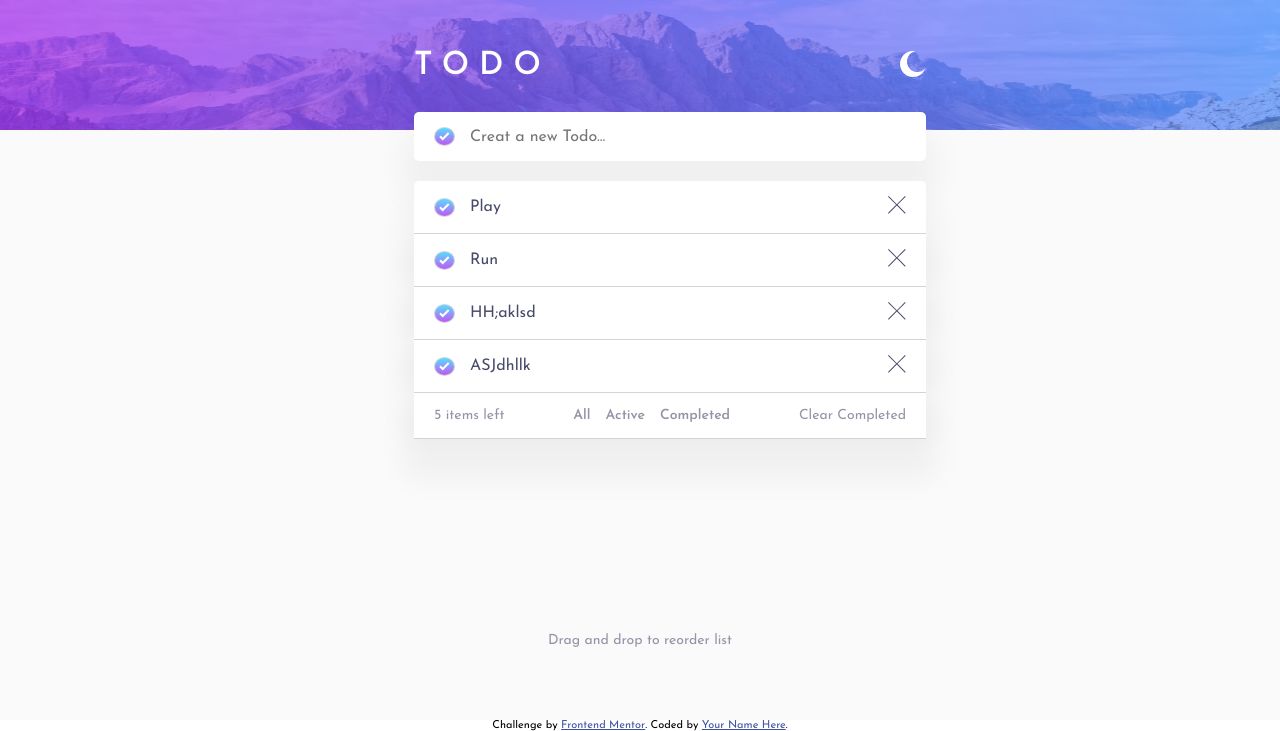
Repository: Baraajad231/Todo-app
Page: /
The author's editor kept a copy of each file at every save. The page is drawn from the files as they stood at one save, then again after the next save.
The browser window is 1280 px wide. The pictures show the whole page.
The project was rebuilt for these pictures with package versions that can differ from the ones it lists, and the page was loaded fresh each time. Also part of the build but not shown: vite.config.js.

Above is the page before, as saved 2025-12-30 17:11:34.

### index.html
<!DOCTYPE html>
<html lang="en" data-theme="light">
  <head>
    <meta charset="UTF-8" />
    <meta name="viewport" content="width=device-width, initial-scale=1.0" />
    <!-- displays site properly based on user's device -->

    <link
      rel="icon"
      type="image/png"
      sizes="32x32"
      href="./images/favicon-32x32.png"
    />

    <title>Frontend Mentor | Todo app</title>

    <!-- Feel free to remove these styles or customise in your own stylesheet 👍 -->
    <style>
      .attribution {
        font-size: 11px;
        text-align: center;
      }
      .attribution a {
        color: hsl(228, 45%, 44%);
      }
    </style>

    <link rel="preconnect" href="https://fonts.googleapis.com" />
    <link rel="preconnect" href="https://fonts.gstatic.com" crossorigin />
    <link
      href="https://fonts.googleapis.com/css2?family=Josefin+Sans:ital,wght@0,100..700;1,100..700&display=swap"
      rel="stylesheet"
    />

    <link rel="stylesheet" href="./styles/style.scss" />
  </head>
  <body>
    <div class="container">
      <picture class="background-Wrapper">
        <source
          media="(min-width:465px)"
          srcset="images/bg-desktop-light.jpg"
        />
        <img
          src="images/bg-mobile-light.jpg"
          alt="bg-mobile-light"
          class="background background-light"
        />
      </picture>

      <div class="todo">
        <div class="todo__header">
          <h1 class="todo__title">TODO</h1>
          <button class="todo__theme button">
            <img src="images/icon-moon.svg" alt="moon icon" />
          </button>
        </div>
        <ul class="todo__list">
          <li class="todo__list__row todo__list__row-input">
            <button class="checkbox button">
              <img
                src="./images/icon-check.svg"
                alt="check"
                class="checkbox__icon"
              />
            </button>
            <input
              type="text"
              placeholder="Creat a new Todo..."
              class="todo__list__input"
            />
          </li>

          <li class="todo__list__row">
            <button class="checkbox button">
              <img
                src="./images/icon-check.svg"
                alt="check"
                class="checkbox__icon"
              />
            </button>
            <span class="todo__list__task">Play</span>
            <button class="remove-btn button">
              <img src="./images/icon-cross.svg" alt="" class="remove-icon" />
            </button>
          </li>
          <li class="todo__list__row">
            <button class="checkbox button">
              <img
                src="./images/icon-check.svg"
                alt="check"
                class="checkbox__icon"
              />
            </button>
            <span class="todo__list__task">Run</span>
            <button class="remove-btn button">
              <img src="./images/icon-cross.svg" alt="" class="remove-icon" />
            </button>
          </li>
          <li class="todo__list__row">
            <button class="checkbox button">
              <img
                src="./images/icon-check.svg"
                alt="check"
                class="checkbox__icon"
              />
            </button>
            <span class="todo__list__task">HH;aklsd</span>
            <button class="remove-btn button">
              <img src="./images/icon-cross.svg" alt="" class="remove-icon" />
            </button>
          </li>
          <li class="todo__list__row">
            <button class="checkbox button">
              <img
                src="./images/icon-check.svg"
                alt="check"
                class="checkbox__icon"
              />
            </button>
            <span class="todo__list__task">ASJdhllk</span>
            <button class="remove-btn button">
              <img src="./images/icon-cross.svg" alt="" class="remove-icon" />
            </button>
          </li>
          <!-- For mobile -->
          <!-- <li class="todo__list__row todo__list__row--meta">
            <div class="todo__items-left">
              <span class="todo__items-count">5</span>
              <span class="todo__items-text">items left</span>
            </div>

            <button class="todo__list-clear button">Clear Completed</button>
          </li>

          <li class="todo__list__row todo__list__row--filter">
            <button class="todo__list-all button button-filter">All</button>
            <button class="todo__list-active button button-filter">
              Active
            </button>
            <button class="todo__list-completed button button-filter">
              Completed
            </button>
          </li> -->

          <!-- for desktop -->
          <li class="todo__list__row todo__list__row--control">
            <div class="todo__items-left">
              <span class="todo__items-count">5</span>
              <span class="todo__items-text">items left</span>
            </div>

            <div class="todo__list--filter">
              <button class="todo__list-all button button-filter">All</button>
              <button class="todo__list-active button button-filter">
                Active
              </button>
              <button class="todo__list-completed button button-filter">
                Completed
              </button>
            </div>

            <button class="todo__list-clear button">Clear Completed</button>
          </li>
        </ul>
      </div>
    </div>
    <p class="note">Drag and drop to reorder list</p>

    <div class="attribution">
      Challenge by
      <a href="https://www.frontendmentor.io?ref=challenge" target="_blank"
        >Frontend Mentor</a
      >. Coded by <a href="#">Your Name Here</a>.
    </div>
  </body>
</html>

### styles/style.scss
/*variables*/
:root {
  /* ===== Brand / Primary ===== */
  --color-primary: hsl(220, 98%, 61%);

  --gradient-check: linear-gradient(hsl(192, 100%, 67%), hsl(280, 87%, 65%));

  /* ===== Typography ===== */
  --font-family-base: "Josefin Sans", sans-serif;
  --font-size-base: 16px;
  --font-weight-regular: 400;
  --font-weight-bold: 700;
}

:root[data-theme="light"] {
  --color-bg: hsl(0, 0%, 98%);
  --color-surface: #ffffff;

  --color-text-primary: hsl(235, 19%, 35%);
  --color-text-secondary: hsl(236, 9%, 61%);

  --color-border: hsl(233, 11%, 84%);
  --color-completed: hsl(234, 39%, 85%);
}

:root[data-theme="dark"] {
  --color-bg: hsl(235, 21%, 11%);
  --color-surface: hsl(235, 24%, 19%);

  --color-text-primary: hsl(234, 39%, 85%);
  --color-text-secondary: hsl(236, 9%, 61%);

  --color-border: hsl(237, 14%, 26%);
  --color-muted: hsl(233, 14%, 35%);
}

/* Reset */
* {
  margin: 0;
  padding: 0;
  font: inherit;
}

*,
*::after,
*::before {
  box-sizing: border-box;
}

a {
  color: inherit;
  display: inline-block;
}

button,
[type="submit"] {
  background-color: transparent;
  border: none;
  cursor: pointer;
}

ul,
ol {
  list-style: none;
}

html {
  font-size: 62.5%;
}

body {
  font-size: 1.6rem;
  font-family: var(--font-family-base);
  color: var(--color-text-primar);
}
/* End Reset */

/*container*/
.container {
  position: relative;
  height: 100vh;
  background-color: var(--color-bg);
}
.background {
  width: 100vw;
  @media (min-width: 1025px) {
    height: 30%;
  }
  @media (min-width: 768px) {
    height: 18%;
  }
}

.todo {
  display: flex;
  flex-direction: column;
  gap: 3rem;
  position: absolute;
  top: 0;
  width: calc(100% - 6rem);
  margin: 5rem 3rem;

  @media (min-width: 768px) {
    width: 70%;
    left: 50%;
    transform: translateX(-50%);
  }

  @media (min-width: 950px) {
    width: 40%;
    left: 50%;
    transform: translateX(-50%);
  }

  &__header {
    display: flex;
    justify-content: space-between;
    .todo__title {
      font-size: 2.4rem;
      color: white;
      letter-spacing: 1rem;
      font-weight: 600;

      @media (min-width: 950px) {
        font-size: 3.2rem;
      }
    }
  }

  &__list {
    font-size: 1.2rem;

    @media (min-width: 950px) {
      font-size: 1.6rem;
    }

    &__row {
      background-color: var(--color-surface);
      padding: 1.5rem 2rem;
      display: flex;
      align-items: center;
      color: var(--color-text-primary);
      box-shadow: 0 3rem 3rem 1rem rgba(0, 0, 0, 0.045);
      &--completed {
        text-decoration: line-through;
        color: var(--color-completed);
      }
      &:nth-child(2) {
        border-radius: 0.5rem 0.5rem 0 0;
      }

      & .checkbox {
        border: 1px solid var(--color-border);
        border-radius: 50%;
        background: var(--gradient-check);
        margin-right: 1rem;
        display: flex;
        align-items: center;
        justify-content: center;
        @media (min-width: 950px) {
          margin-right: 1.5rem;
        }

        &__icon {
          padding: 0.4rem;
        }
      }

      & .todo__list__task {
        margin-right: auto;
      }
      &-input {
        margin-bottom: 1.5rem;

        @media (min-width: 950px) {
          margin-bottom: 2rem;
        }
        & .todo__list__input {
          border: none;
          background-color: transparent;

          &:focus {
            outline: none;
            caret-color: var(--color-primary);
          }
        }
      }

      &:not(&-input, &--filter, &--meta) {
        border-bottom: 1px solid var(--color-border);
      }

      &--meta {
        display: flex;
        justify-content: space-between;

        border-radius: 0 0 0.5rem 0.5rem;
      }

      &--filter {
        display: flex;
        justify-content: center;
        gap: 2rem;
        margin-top: 2rem;
        font-size: 1.4rem;
      }
      &--filter,
      &-input {
        border-radius: 0.5rem;
      }
      &--filter,
      &--meta {
        color: var(--color-text-secondary);
      }

      &--control {
        display: flex;
        justify-content: space-between;
        font-size: 1.4rem;
        color: var(--color-text-secondary);

        & .todo__list--filter {
          display: flex;
          gap: 1.5rem;
        }
      }
    }
  }
}

.note {
  position: absolute;
  bottom: 10%;
  left: 50%;
  transform: translateX(-50%);
  width: max-content;
  font-size: 1.4rem;
  color: var(--color-text-secondary);
}

.button {
  color: var(--color-text-secondary);

  &:active {
    transform: scale(0.9);
    color: var(--color-text-primary);
  }

  &-filter {
    &:focus {
      color: var(--color-primary);
    }
    font-weight: 600;
  }
}

After the next save:
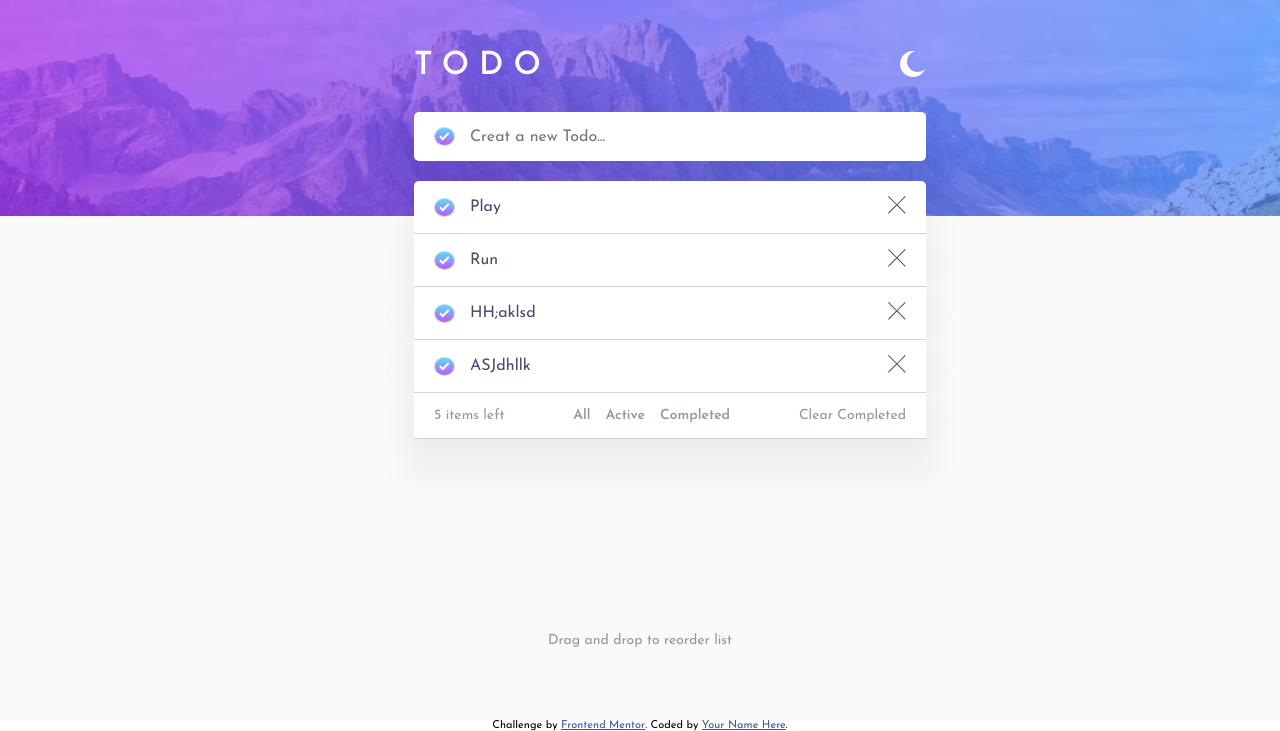
Saved 10 s later.
--- a/styles/style.scss
+++ b/styles/style.scss
@@ -85,9 +85,6 @@ body {
   width: 100vw;
   @media (min-width: 1025px) {
     height: 30%;
-  }
-  @media (min-width: 768px) {
-    height: 18%;
   }
 }
 
